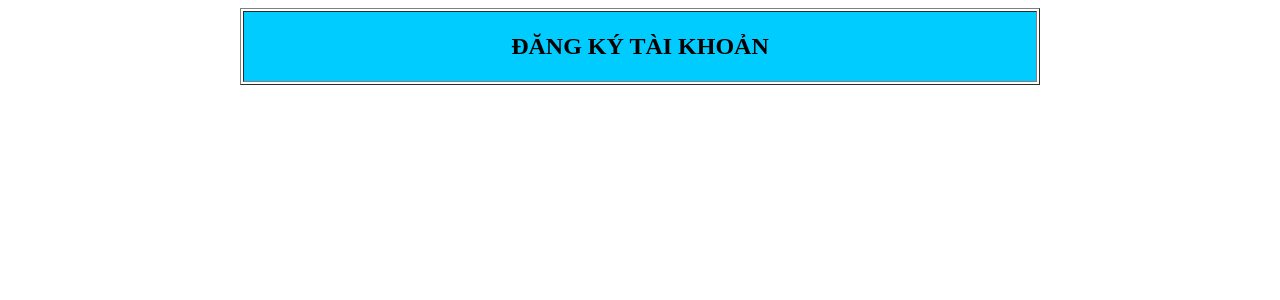
Repository: Tan-Khang21/TH_TKW--Buoi_04
Page: Bai_Tap_Ve_Nha/Bai_01/form7.html
An editor plug-in stored every save of this project. The page is shown before and after the next save, followed by the edit.
The browser window is 1280 px wide. The pictures show the whole page.

Above is the page before, as saved 2024-03-07 15:47:33.

After the next save:
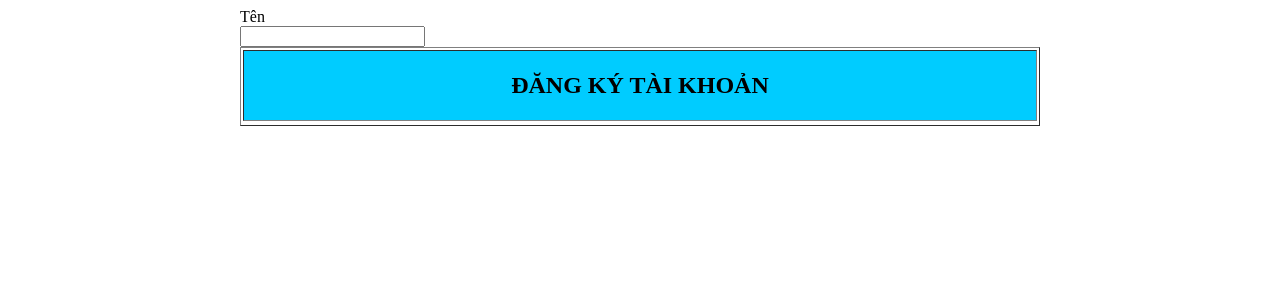
Saved 36 s later.
--- a/Bai_Tap_Ve_Nha/Bai_01/form7.html
+++ b/Bai_Tap_Ve_Nha/Bai_01/form7.html
@@ -11,6 +11,11 @@
         <tr>
           <th bgcolor="#00ccff"><h2 style="text-transform: uppercase;">Đăng Ký Tài Khoản</h2></th>
         </tr>
+        <tr>
+            <span>Tên</span>
+            <br>
+            <input type="text">
+        </tr>
       </table>
     </form>
   </body>

After the save that followed:
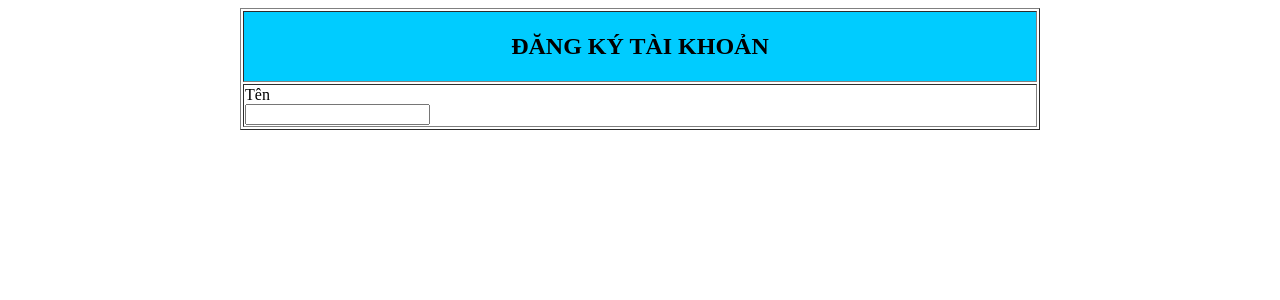
Saved 22 s later.
--- a/Bai_Tap_Ve_Nha/Bai_01/form7.html
+++ b/Bai_Tap_Ve_Nha/Bai_01/form7.html
@@ -12,9 +12,11 @@
           <th bgcolor="#00ccff"><h2 style="text-transform: uppercase;">Đăng Ký Tài Khoản</h2></th>
         </tr>
         <tr>
+            <td>
             <span>Tên</span>
             <br>
             <input type="text">
+        </td>
         </tr>
       </table>
     </form>
